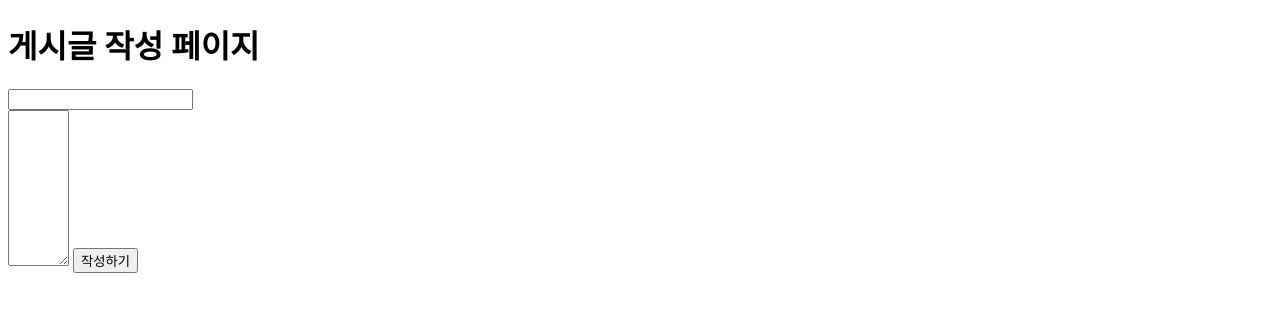
Repository: ksccmp/notice-board
Page: http://localhost/board/login_filter/board_write.jsp
The author's editor kept a copy of each file at every save. The page is drawn from the files as they stood at one save, then again after the next save.
The browser window is 1280 px wide. The pictures show the whole page.
The page is served by Tomcat 9. Nobody is signed in. The application's start-up code is not run.

Above is the page before, as saved 2019-09-24 14:01:35.

After the next save:
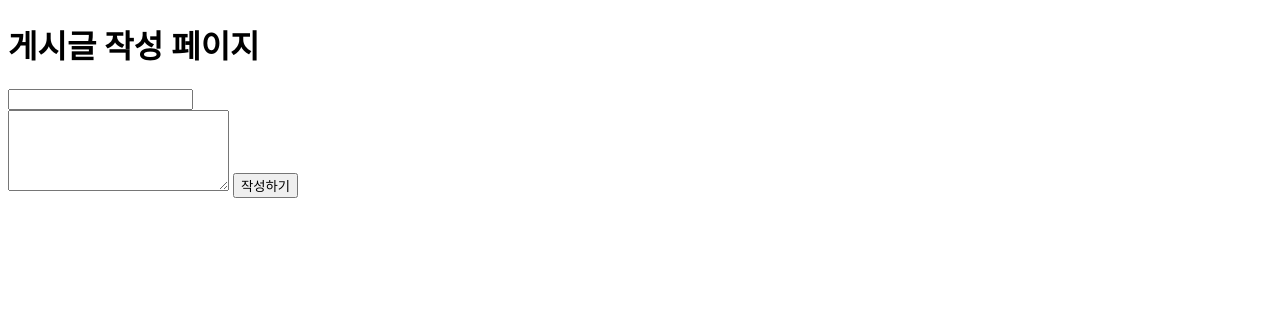
Saved 7 s later.
--- a/board/src/main/webapp/login_filter/board_write.jsp
+++ b/board/src/main/webapp/login_filter/board_write.jsp
@@ -10,7 +10,7 @@
 	<h1>게시글 작성 페이지</h1>
 	<form method="post" action="">
 		<input type="text" id="title" name="title"> <br>
-		<textarea id="contents" name="contents" rows="10" cols="5"></textarea>
+		<textarea id="contents" name="contents" rows="5" cols="25"></textarea>
 		<input type="submit" value="작성하기">
 	</form>
 </body>
